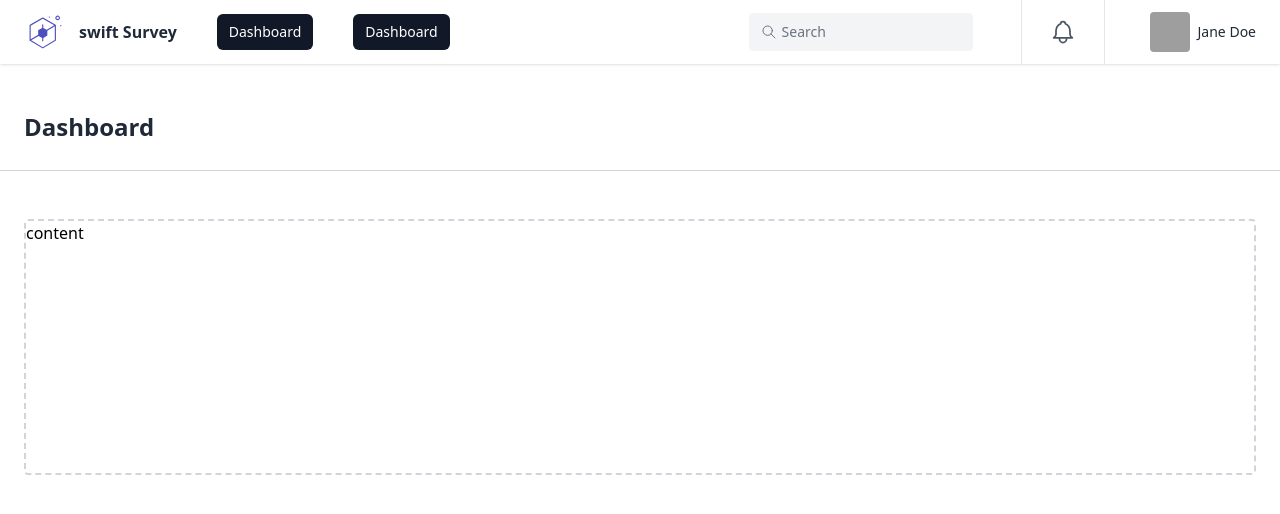
Repository: thomsontochi/swiftSurvey
Page: /dashboard (app in vue/)
These files come from the project's save history. The page is drawn as it stood at one moment and after the next save; the edit follows.
The browser window is 1280 px wide. The pictures show the whole page.
Pictures or frames that could not be fetched are drawn as grey boxes. The project was rebuilt for these pictures with package versions that can differ from the ones it lists, and the page was loaded fresh each time. Also part of the build but not shown: vue/vite.config.js, vue/src/views/Login.vue, vue/src/views/Register.vue, vue/src/views/Surveys.vue, vue/src/components/AuthLayout.vue, vue/src/components/Pages/Welcome.vue.

Above is the page before, as saved 2022-07-16 15:48:33.

### vue/src/main.js
import { createApp } from 'vue'
import App from './App.vue'
import store from './store'
import './index.css'
import router from './router'

createApp(App)
    .use(router)
    .use(store)
    .mount('#app')

### vue/src/App.vue
<script setup>

</script>

<template>

  <router-view></router-view>

</template>

### vue/src/store/index.js
import { createStore } from "vuex";

const store = createStore ({

    state: {
        user: {
            data: {},
            token: 123,
          }
    },
    getters:{},
    actions:{},
    mutations:{},
    modules:{}
})

export default store;

### vue/src/router/index.js
import { createRouter, createWebHistory } from "vue-router";
import Login from '../views/Login.vue'
import Register from '../views/Register.vue'
import Dashboard from "../views/Dashboard.vue"
import DefaultLayout from "../components/DefaultLayout.vue"
import Surveys from "../views/Surveys.vue"
import AuthLayout from "../components/AuthLayout.vue"
import Welcome from "../components/Pages/Welcome.vue"
import store from "../store"




const routes = [
    {
      path: "/",
      name: Welcome,
      component: Welcome
    },
    {
        path: "/dashboard",
        redirect: "/dashboard",
        component: DefaultLayout,
        meta: {requiresAuth: true},
        children: [
          { path: "/dashboard", name: "Dashboard", component: Dashboard },
          { path: "/surveys", name: "Surveys", component: Surveys },
        ],
    },
    {
        path:"/auth",
        redirect: "/login",
        name:"Auth",
        component: AuthLayout,
        meta: {isGuest: true},
        children: [

            {
                path: '/login',
                name: 'Login',
                component: Login
            },
            {
                path: '/register',
                name: 'Register',
                component: Register
            }

        ]

    },


];

const router = createRouter ({
    history: createWebHistory(),
    routes
})

router.beforeEach((to, from, next) => {
    if (to.meta.requiresAuth && !store.state.user.token) {
      next({ name: "Login" });
    } else if (store.state.user.token && to.meta.isGuest) {
      next({ name: "Dashboard" });
    } else {
      next();
    }
  });

export default router;

### vue/src/views/Dashboard.vue
<template>

     <!-- Page title starts -->

        <div class="  my-6 lg:my-12 container px-6 mx-auto flex flex-col lg:flex-row items-start lg:items-center justify-between pb-4 border-b border-gray-300">
            <div>
                <h4 class="text-2xl font-bold leading-tight text-gray-800">Dashboard</h4>

                <ul class="flex flex-col md:flex-row items-start md:items-center text-gray-600 text-sm mt-3"> </ul>
            </div>
            <!-- <div class="mt-6 lg:mt-0">
                <button class="mx-2 my-2 bg-white transition duration-150 ease-in-out focus:outline-none hover:bg-gray-100 rounded text-indigo-700 px-6 py-2 text-sm">Back</button>
                <button class="transition duration-150 ease-in-out hover:bg-indigo-600 focus:outline-none border bg-indigo-700 rounded text-white px-8 py-2 text-sm">Edit Profile</button>
            </div> -->
        </div>
        <!-- Page title ends -->


        <div class="container mx-auto px-6">
            <!-- Remove class [ h-64 ] when adding a card block -->
            <!-- Remove class [ border-dashed border-2 border-gray-300 ] to remove dotted border -->
            <div class="w-full h-64 rounded border-dashed border-2 border-gray-300">
                <!-- Place your content here -->
                <h1>content</h1>
            </div>
        </div>


</template>

<!-- <script>
export default {
    name: "LightWithGreyBackground",
    data() {
        return {
            xmlns: "http://www.w3.org/2000/svg",
            xlink: "http://www.w3.org/1999/xlink",
            profilePhoto: "https://tuk-cdn.s3.amazonaws.com/assets/components/boxed_layout/bl_1.png",
        };
    },
    methods: {
        dropdownHandler(event) {
            let single = event.currentTarget.getElementsByTagName("ul")[0];
            single.classList.toggle("hidden");
        },
        MenuHandler(el, val) {
            let MainList = el.currentTarget.parentElement.getElementsByTagName("ul")[0];
            let closeIcon = el.currentTarget.parentElement.getElementsByClassName("close-m-menu")[0];
            let showIcon = el.currentTarget.parentElement.getElementsByClassName("show-m-menu")[0];
            if (val) {
                MainList.classList.remove("hidden");
                el.currentTarget.classList.add("hidden");
                closeIcon.classList.remove("hidden");
            } else {
                showIcon.classList.remove("hidden");
                MainList.classList.add("hidden");
                el.currentTarget.classList.add("hidden");
            }
        },
    },
};
</script> -->

### vue/src/components/DefaultLayout.vue
<template>
    <div class="">
        <!-- Navigation starts -->
        <nav class="w-full mx-auto bg-white shadow">
            <div class="container px-6 justify-between h-16 flex items-center lg:items-stretch mx-auto">
                <div class="h-full flex items-center">
                    <div class="mr-10 flex items-center">
                        <svg aria-label="Home" id="logo" enable-background="new 0 0 300 300" height="44" viewBox="0 0 300 300" width="43" v-bind:xmlns="xmlns" :xmlns:xlink="xlink">
                            <g>
                                <path
                                    fill="#4c51bf"
                                    d="m234.735 35.532c-8.822 0-16 7.178-16 16s7.178 16 16 16 16-7.178 16-16-7.178-16-16-16zm0 24c-4.412 0-8-3.588-8-8s3.588-8 8-8 8 3.588 8 8-3.588 8-8 8zm-62.529-14c0-2.502 2.028-4.53 4.53-4.53s4.53 2.028 4.53 4.53c0 2.501-2.028 4.529-4.53 4.529s-4.53-2.027-4.53-4.529zm89.059 60c0 2.501-2.028 4.529-4.53 4.529s-4.53-2.028-4.53-4.529c0-2.502 2.028-4.53 4.53-4.53s4.53 2.029 4.53 4.53zm-40.522-5.459-88-51.064c-1.242-.723-2.773-.723-4.016 0l-88 51.064c-1.232.715-1.992 2.033-1.992 3.459v104c0 1.404.736 2.705 1.938 3.428l88 52.936c.635.381 1.35.572 2.062.572s1.428-.191 2.062-.572l88-52.936c1.201-.723 1.938-2.023 1.938-3.428v-104c0-1.426-.76-2.744-1.992-3.459zm-90.008-42.98 80.085 46.47-52.95 31.289-23.135-13.607v-21.713c0-2.209-1.791-4-4-4s-4 1.791-4 4v21.713l-26.027 15.309c-1.223.719-1.973 2.029-1.973 3.447v29.795l-52 30.727v-94.688zm0 198.707-80.189-48.237 51.467-30.412 24.723 14.539v19.842c0 2.209 1.791 4 4 4s4-1.791 4-4v-19.842l26.027-15.307c1.223-.719 1.973-2.029 1.973-3.447v-31.667l52-30.728v94.729z"
                                />
                            </g>
                        </svg>
                        <router-link :to="{path: '/' }" class="text-base text-gray-800 font-bold tracking-normal leading-tight ml-3 hidden lg:block">swift Survey</router-link>
                    </div>

                    <ul class="pr-12 xl:flex items-center h-full hidden">
                        <li class="hover:text-indigo-700 cursor-pointer h-full flex items-center text-sm  tracking-normal">
                         <router-link
                            v-for="item in navigation"
                            :key="item.name"
                            :to="item.to"
                            active-class="bg-gray-900 text-white"
                            :class="[ this.$route.name === item.to.name ? '' : ' hover:bg-gray-700 hover:text-white', 'px-3 py-2 rounded-md text-sm font-medium']">
                              {{item.name}}
                        </router-link>
                        </li>
                        <li class="hover:text-indigo-700 cursor-pointer h-full flex items-center text-sm text-gry-800 mx-10 tracking-normal">
                         <router-link
                            v-for="item in navigation"
                            :key="item.name"
                            :to="item.to"
                            active-class="bg-gray-900 text-white"
                            :class="[ this.$route.name === item.to.name ? '' : ' hover:bg-gray-700 hover:text-white', 'px-3 py-2 rounded-md text-sm font-medium']"
                         >
                       {{item.name}}
                        </router-link>
                        </li>

                    </ul>
                </div>

                <div class="h-full xl:flex items-center justify-end hidden">
                    <div class="w-full h-full flex items-center">
                        <div class="w-full pr-12 h-full flex items-center border-r">
                            <div class="relative w-full">
                                <div class="text-gray-500 absolute ml-3 inset-0 m-auto w-4 h-4">
                                    <svg v-bind:xmlns="xmlns" class="icon icon-tabler icon-tabler-search" width="16" height="16" viewBox="0 0 24 24" stroke-width="1.5" stroke="currentColor" fill="none" stroke-linecap="round" stroke-linejoin="round">
                                        <path stroke="none" d="M0 0h24v24H0z" />
                                        <circle cx="10" cy="10" r="7" />
                                        <line x1="21" y1="21" x2="15" y2="15" />
                                    </svg>
                                </div>
                                <input class="border border-gray-100 focus:outline-none focus:border-indigo-700 w-56 rounded text-sm text-gray-500 bg-gray-100 pl-8 py-2" type="text" placeholder="Search" />
                            </div>
                        </div>
                        <div class="w-full h-full flex">
                            <div class="w-32 h-full flex items-center justify-center border-r cursor-pointer text-gray-600">
                                <svg v-bind:xmlns="xmlns" class="icon icon-tabler icon-tabler-bell" width="28" height="28" viewBox="0 0 24 24" stroke-width="1.5" stroke="currentColor" fill="none" stroke-linecap="round" stroke-linejoin="round">
                                    <path stroke="none" d="M0 0h24v24H0z" />
                                    <path d="M10 5a2 2 0 0 1 4 0a7 7 0 0 1 4 6v3a4 4 0 0 0 2 3h-16a4 4 0 0 0 2 -3v-3a7 7 0 0 1 4 -6" />
                                    <path d="M9 17v1a3 3 0 0 0 6 0v-1" />
                                </svg>
                            </div>
                            <div aria-haspopup="true" class="cursor-pointer w-full flex items-center justify-end relative" @click="dropdownHandler($event)">
                                <ul class="p-2 w-40 border-r bg-white absolute rounded z-40 left-0 shadow mt-64 hidden">
                                    <li class="cursor-pointer text-gray-600 text-sm leading-3 tracking-normal py-2 hover:text-indigo-700 focus:text-indigo-700 focus:outline-none">
                                        <div class="flex items-center">
                                            <svg v-bind:xmlns="xmlns" class="icon icon-tabler icon-tabler-user" width="20" height="20" viewBox="0 0 24 24" stroke-width="1.5" stroke="currentColor" fill="none" stroke-linecap="round" stroke-linejoin="round">
                                                <path stroke="none" d="M0 0h24v24H0z" />
                                                <circle cx="12" cy="7" r="4" />
                                                <path d="M6 21v-2a4 4 0 0 1 4 -4h4a4 4 0 0 1 4 4v2" />
                                            </svg>
                                            <span class="ml-2"> My Profile </span>
                                        </div>
                                    </li>
                                    <li class="cursor-pointer text-gray-600 text-sm leading-3 tracking-normal mt-2 py-2 hover:text-indigo-700 focus:text-indigo-700 focus:outline-none flex items-center">
                                        <svg v-bind:xmlns="xmlns" class="icon icon-tabler icon-tabler-help" width="20" height="20" viewBox="0 0 24 24" stroke-width="1.5" stroke="currentColor" fill="none" stroke-linecap="round" stroke-linejoin="round">
                                            <path stroke="none" d="M0 0h24v24H0z" />
                                            <circle cx="12" cy="12" r="9" />
                                            <line x1="12" y1="17" x2="12" y2="17.01" />
                                            <path d="M12 13.5a1.5 1.5 0 0 1 1 -1.5a2.6 2.6 0 1 0 -3 -4" />
                                        </svg>
                                        <span class="ml-2">Help Center</span>
                                    </li>
                                    <li class="cursor-pointer text-gray-600 text-sm leading-3 tracking-normal mt-2 py-2 hover:text-indigo-700 flex items-center focus:text-indigo-700 focus:outline-none">
                                        <svg v-bind:xmlns="xmlns" class="icon icon-tabler icon-tabler-settings" width="20" height="20" viewBox="0 0 24 24" stroke-width="1.5" stroke="currentColor" fill="none" stroke-linecap="round" stroke-linejoin="round">
                                            <path stroke="none" d="M0 0h24v24H0z" />
                                            <path d="M10.325 4.317c.426-1.756 2.924-1.756 3.35 0a1.724 1.724 0 0 0 2.573 1.066c1.543-.94 3.31.826 2.37 2.37a1.724 1.724 0 0 0 1.065 2.572c1.756.426 1.756 2.924 0 3.35a1.724 1.724 0 0 0 -1.066 2.573c.94 1.543-.826 3.31-2.37 2.37a1.724 1.724 0 0 0 -2.572 1.065c-.426 1.756-2.924 1.756-3.35 0a1.724 1.724 0 0 0 -2.573 -1.066c-1.543.94-3.31-.826-2.37-2.37a1.724 1.724 0 0 0 -1.065 -2.572c-1.756-.426-1.756-2.924 0-3.35a1.724 1.724 0 0 0 1.066 -2.573c-.94-1.543.826-3.31 2.37-2.37.996.608 2.296.07 2.572-1.065z" />
                                            <circle cx="12" cy="12" r="3" />
                                        </svg>
                                        <span class="ml-2">Account Settings</span>
                                    </li>
                                </ul>
                                <img class="rounded h-10 w-10 object-cover" v-bind:src="profilePhoto" alt="logo" />
                                <p class="text-gray-800 text-sm ml-2">Jane Doe</p>
                            </div>
                        </div>
                    </div>
                </div>

                <div class="visible xl:hidden flex items-center">
                    <ul class="z-40 p-2 border-r bg-white absolute rounded top-0 left-0 right-0 shadow mt-16 md:mt-16 hidden">
                        <li class="flex xl:hidden cursor-pointer text-gray-600 text-base leading-3 tracking-normal mt-2 py-3 hover:text-indigo-700 focus:text-indigo-700 focus:outline-none">
                            <div class="flex items-center">
                                <span class="leading-6 ml-2 font-bold"> Dashboard </span>
                            </div>
                        </li>
                        <li class="xl:hidden flex-col cursor-pointer text-gray-600 text-base leading-3 tracking-normal py-3 hover:text-indigo-700 focus:text-indigo-700 focus:outline-none flex justify-center" @click="dropdownHandler($event)">
                            <div class="flex items-center">
                                <span class="leading-6 ml-2 font-bold"> Products </span>
                            </div>
                            <ul class="ml-2 mt-3 hidden">
                                <li class="cursor-pointer text-gray-600 text-sm leading-3 tracking-normal py-3 hover:bg-indigo-700 hover:text-white px-3 font-normal">Landing Pages</li>
                                <li class="cursor-pointer text-gray-600 text-sm leading-3 tracking-normal py-3 hover:bg-indigo-700 hover:text-white px-3 font-normal">Templates</li>
                                <li class="cursor-pointer text-gray-600 text-sm leading-3 tracking-normal py-3 hover:bg-indigo-700 hover:text-white px-3 font-normal">Components</li>
                            </ul>
                        </li>
                        <li class="xl:hidden cursor-pointer text-gray-600 text-base leading-3 tracking-normal py-3 hover:text-indigo-700 flex items-center focus:text-indigo-700 focus:outline-none">
                            <span class="leading-6 ml-2 font-bold">Performance</span>
                        </li>
                        <li class="xl:hidden flex-col cursor-pointer text-gray-600 text-base leading-3 tracking-normal mb-2 py-3 hover:text-indigo-700 focus:text-indigo-700 focus:outline-none flex justify-center" @click="dropdownHandler($event)">
                            <div class="flex items-center">
                                <span class="leading-6 ml-2 font-bold"> Deliverables </span>
                            </div>
                            <ul class="ml-2 mt-3 hidden">
                                <li class="cursor-pointer text-gray-600 text-sm leading-3 tracking-normal py-3 hover:bg-indigo-700 hover:text-white px-3 font-normal">Landing Pages</li>
                                <li class="cursor-pointer text-gray-600 text-sm leading-3 tracking-normal py-3 hover:bg-indigo-700 hover:text-white px-3 font-normal">Templates</li>
                                <li class="cursor-pointer text-gray-600 text-sm leading-3 tracking-normal py-3 hover:bg-indigo-700 hover:text-white px-3 font-normal">Components</li>
                            </ul>
                        </li>
                        <li>
                            <hr class="border-b border-gray-300 w-full" />
                        </li>
                        <li class="ml-2 cursor-pointer text-gray-600 text-sm leading-3 tracking-normal mt-2 py-2 hover:text-indigo-700 flex items-center focus:text-indigo-700 focus:outline-none">
                            <div class="flex items-center">
                                <div class="w-12 cursor-pointer flex text-sm border-2 border-transparent rounded focus:outline-none focus:border-white transition duration-150 ease-in-out">
                                    <img class="rounded h-10 w-10 object-cover" v-bind:src="profilePhoto" alt="logo" />
                                </div>
                                <p class="leading-6 text-base ml-1 cursor-pointer">Jane Doe</p>
                                <div class="sm:ml-2 text-white relative">
                                    <svg v-bind:xmlns="xmlns" class="icon icon-tabler icon-tabler-chevron-down cursor-pointer" width="20" height="20" viewBox="0 0 24 24" stroke-width="1.5" stroke="currentColor" fill="none" stroke-linecap="round" stroke-linejoin="round">
                                        <path stroke="none" d="M0 0h24v24H0z"></path>
                                        <polyline points="6 9 12 15 18 9"></polyline>
                                    </svg>
                                </div>
                            </div>
                        </li>
                        <li class="ml-2 cursor-pointer text-gray-600 text-base leading-3 tracking-normal py-2 hover:text-indigo-700 focus:text-indigo-700 focus:outline-none">
                            <div class="flex items-center">
                                <svg v-bind:xmlns="xmlns" class="icon icon-tabler icon-tabler-user" width="24" height="24" viewBox="0 0 24 24" stroke-width="1.5" stroke="currentColor" fill="none" stroke-linecap="round" stroke-linejoin="round">
                                    <path stroke="none" d="M0 0h24v24H0z" />
                                    <circle cx="12" cy="7" r="4" />
                                    <path d="M6 21v-2a4 4 0 0 1 4 -4h4a4 4 0 0 1 4 4v2" />
                                </svg>
                                <span class="leading-6 ml-2">Profile</span>
                            </div>
                        </li>
                    </ul>

                    <svg @click="MenuHandler($event, true)" aria-haspopup="true" aria-label="Main Menu" v-bind:xmlns="xmlns" class="show-m-menu icon icon-tabler icon-tabler-menu" width="28" height="28" viewBox="0 0 24 24" stroke-width="1.5" stroke="#000" fill="none" stroke-linecap="round" stroke-linejoin="round">
                        <path stroke="none" d="M0 0h24v24H0z"></path>
                        <line x1="4" y1="8" x2="20" y2="8"></line>
                        <line x1="4" y1="16" x2="20" y2="16"></line>
                    </svg>
                    <div class="hidden close-m-menu" @click="MenuHandler($event, false)">
                        <svg aria-label="Close" v-bind:xmlns="xmlns" width="24" height="24" viewBox="0 0 24 24" stroke-width="1.5" stroke="#000" fill="none" stroke-linecap="round" stroke-linejoin="round">
                            <path stroke="none" d="M0 0h24v24H0z" />
                            <line x1="18" y1="6" x2="6" y2="18" />
                            <line x1="6" y1="6" x2="18" y2="18" />
                        </svg>
                    </div>
                </div>
            </div>
        </nav>
        <!-- Navigation ends -->

        <router-view></router-view>

    </div>
</template>

<script>


    const navigation = [
        { name: "Dashboard", to: { path: "/Dashboard" } },
        // { name: "surveys", to: { path: "/Surveys" } }
        ];

export default {
    name: "LightWithGreyBackground",
    data() {
        return {
            xmlns: "http://www.w3.org/2000/svg",
            xlink: "http://www.w3.org/1999/xlink",
            profilePhoto: "https://tuk-cdn.s3.amazonaws.com/assets/components/boxed_layout/bl_1.png",
        };
    },


    methods: {
        dropdownHandler(event) {
            let single = event.currentTarget.getElementsByTagName("ul")[0];
            single.classList.toggle("hidden");
        },
        MenuHandler(el, val) {
            let MainList = el.currentTarget.parentElement.getElementsByTagName("ul")[0];
            let closeIcon = el.currentTarget.parentElement.getElementsByClassName("close-m-menu")[0];
            let showIcon = el.currentTarget.parentElement.getElementsByClassName("show-m-menu")[0];
            if (val) {
                MainList.classList.remove("hidden");
                el.currentTarget.classList.add("hidden");
                closeIcon.classList.remove("hidden");
            } else {
                showIcon.classList.remove("hidden");
                MainList.classList.add("hidden");
                el.currentTarget.classList.add("hidden");
            }
        },

    },

    setup() {

        return {

          navigation,

        };


    }











};


</script>

### vue/tailwind.config.js
/** @type {import('tailwindcss').Config} */
module.exports = {
  content: [
    "./index.html",
    "./src/**/*.{vue,js,ts,jsx,tsx}",
  ],
  theme: {
    extend: {},
  },
  plugins: [require("@tailwindcss/forms")],
}

Loaded but not shown: vue/index.html (common file); vue/src/index.css (common file)

After the next save:
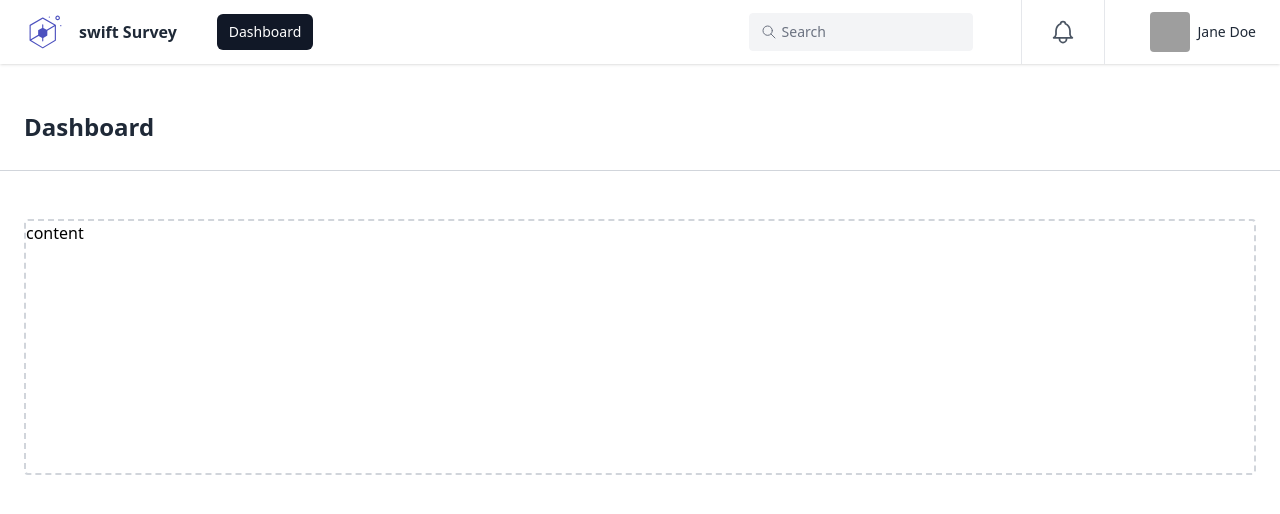
Saved 18 s later.
--- a/vue/src/components/DefaultLayout.vue
+++ b/vue/src/components/DefaultLayout.vue
@@ -27,7 +27,7 @@
                               {{item.name}}
                         </router-link>
                         </li>
-                        <li class="hover:text-indigo-700 cursor-pointer h-full flex items-center text-sm text-gry-800 mx-10 tracking-normal">
+                        <!-- <li class="hover:text-indigo-700 cursor-pointer h-full flex items-center text-sm text-gry-800 mx-10 tracking-normal">
                          <router-link
                             v-for="item in navigation"
                             :key="item.name"
@@ -37,7 +37,7 @@
                          >
                        {{item.name}}
                         </router-link>
-                        </li>
+                        </li> -->
 
                     </ul>
                 </div>
